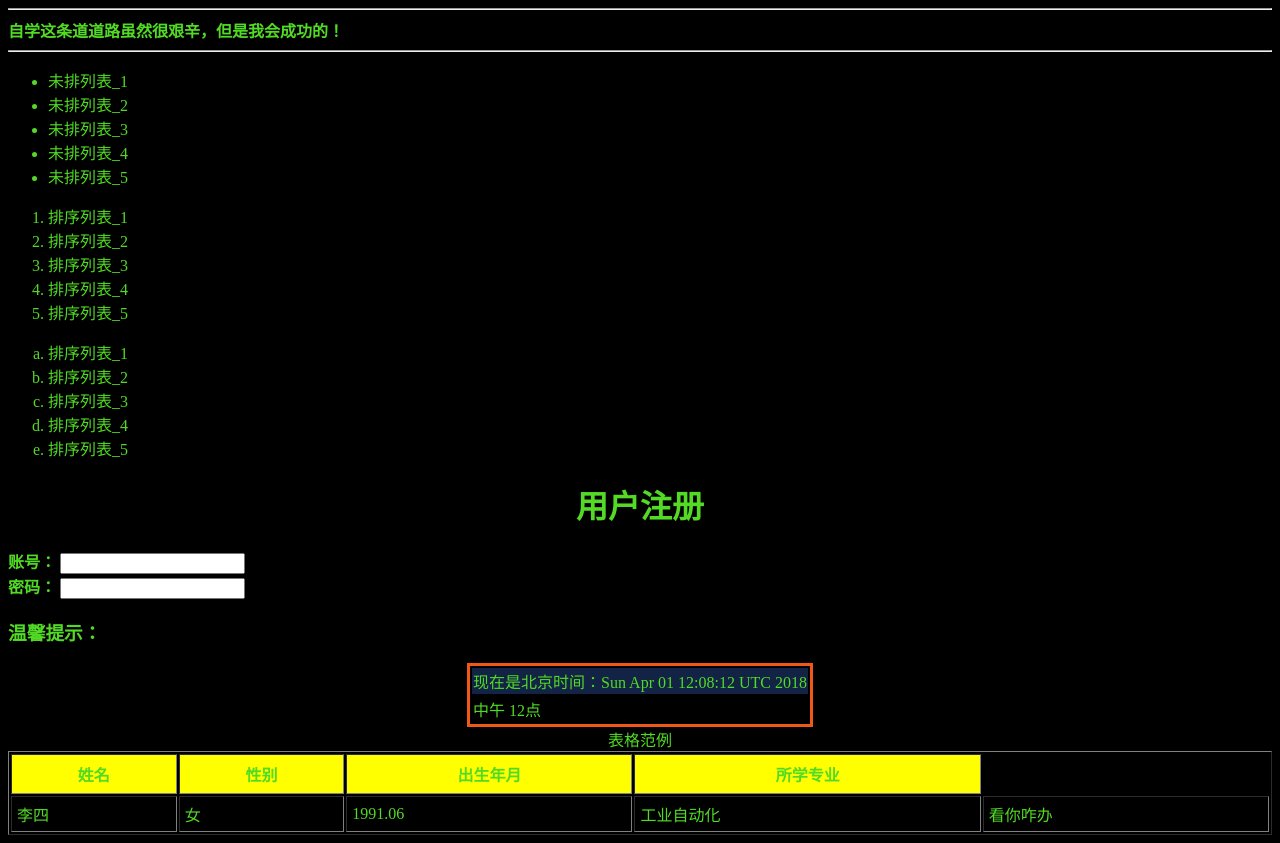
Repository: Coder-YJ/Java
Page: http://localhost/JspTest/test.jsp
The author's editor kept a copy of each file at every save. The page is drawn from the files as they stood at one save, then again after the next save.
The browser window is 1280 px wide. The pictures show the whole page.
The page is served by Tomcat 9.

Above is the page before, as saved 2018-04-01 12:48:29.

After the next save:
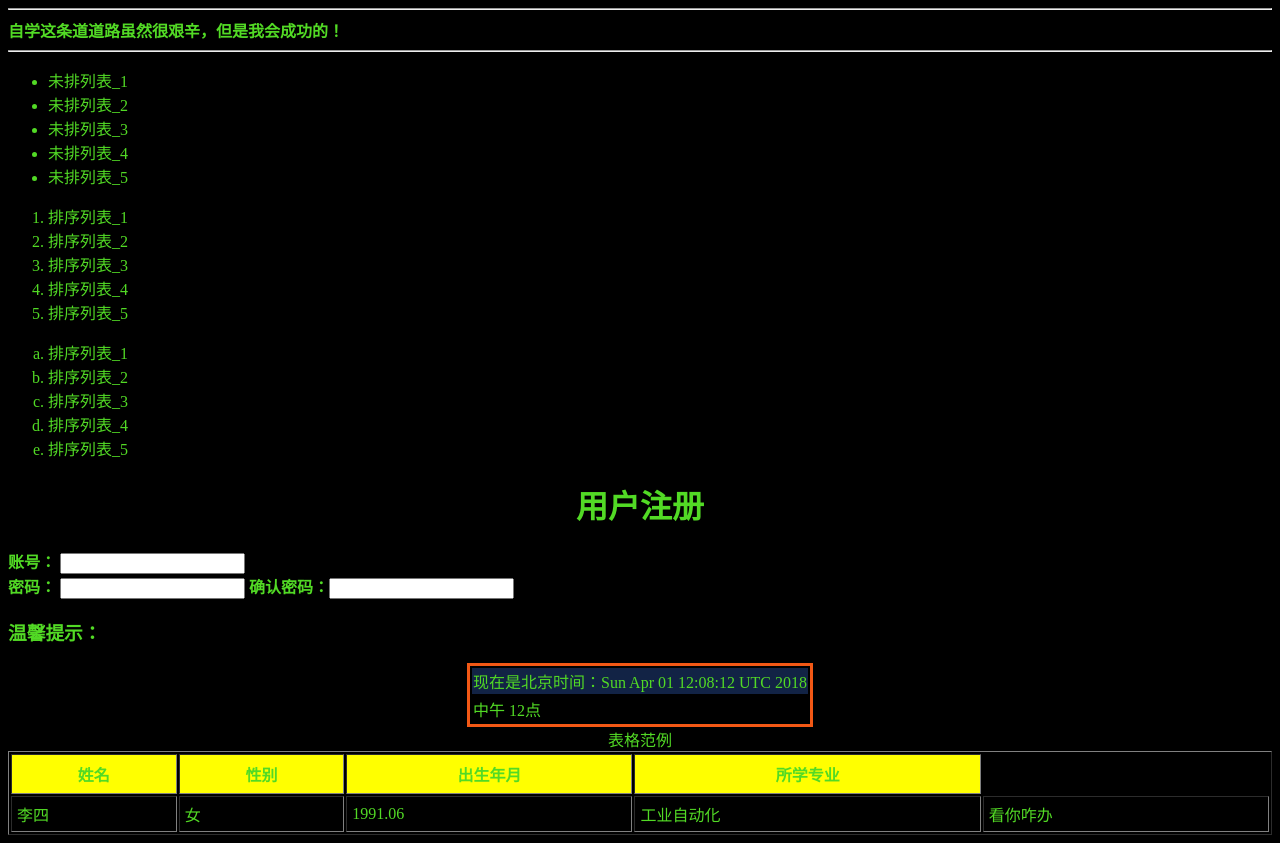
Saved 85 s later.
--- a/MyEclipse10/JspTest/WebRoot/test.jsp
+++ b/MyEclipse10/JspTest/WebRoot/test.jsp
@@ -37,7 +37,8 @@
 	<h1 align="center">用户注册</h1>
 	<form action="Process.jsp" method="post">
 		<b>账号：  </b><input type="text" name="id"><br>
-		<b>密码：  </b><input type="password" name="checkPWD">
+		<b>密码：  </b><input type="password" name="password">
+		<b>确认密码：</b><input type="password" name="checkPWD">
 	</form>
 	<table align="center" bordercolor="#F25815">
 		<h3>温馨提示：</h3>
